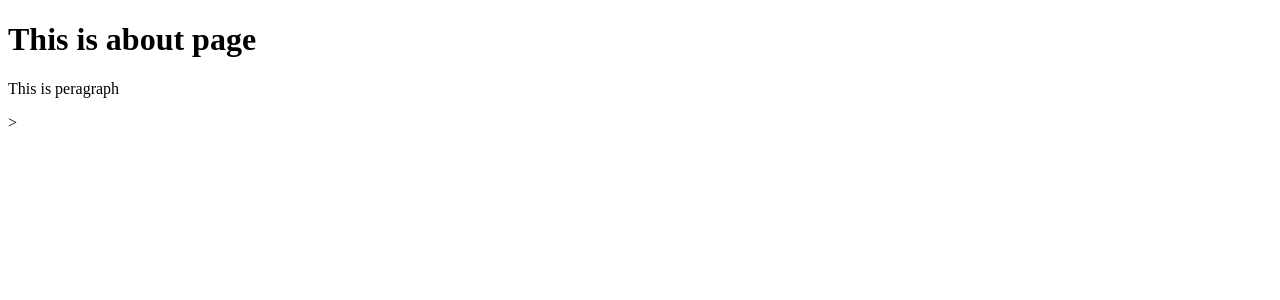
Repository: yashveer-singh/javaapcode
Page: http://localhost/javaapp/about.jsp
These files come from the project's save history. The page is drawn as it stood at one moment and after the next save; the edit follows.
The browser window is 1280 px wide. The pictures show the whole page.
The page is served by Tomcat 9.

Above is the page before, as saved 2024-04-18 05:14:38.

### javaapp/src/main/webapp/about.jsp
<%@ page language="java" contentType="text/html; charset=UTF-8"
    pageEncoding="UTF-8"%>
<!DOCTYPE html>
<html>
<head>
<meta charset="UTF-8">
<title>About page</title>
</head>
<body>

<h1>This is about page</h1>
<p>This is peragraph </p>>
</body>
</html>

After the next save:
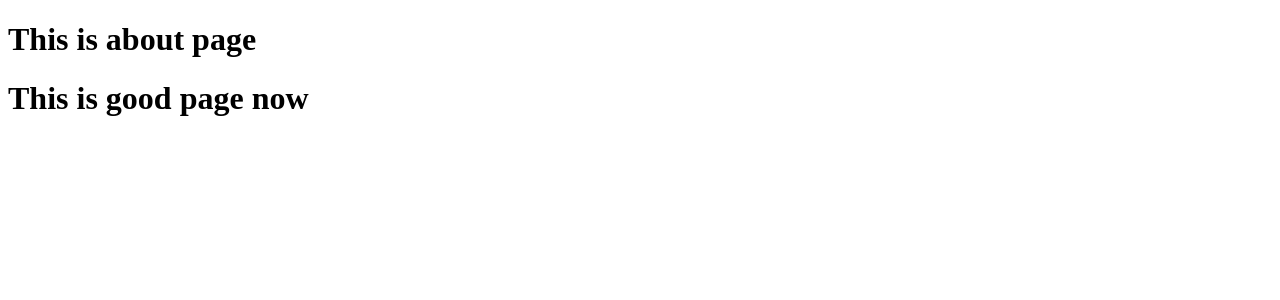
Saved 21 s later.
--- a/javaapp/src/main/webapp/about.jsp
+++ b/javaapp/src/main/webapp/about.jsp
@@ -9,6 +9,6 @@
 <body>
 
 <h1>This is about page</h1>
-<p>This is peragraph </p>>
+<h1>This is good page now</h1>
 </body>
 </html>
